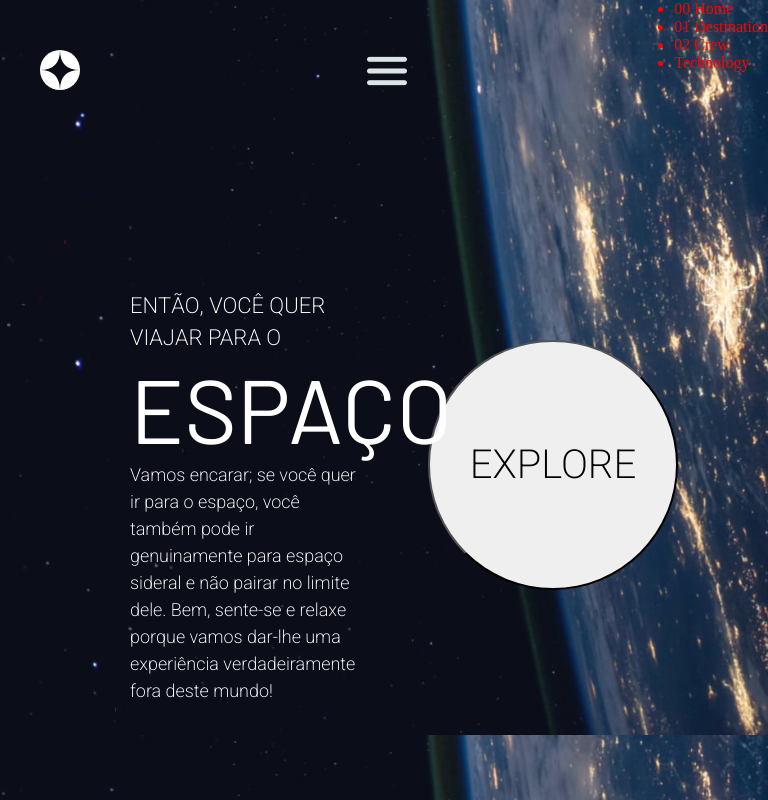
Repository: Leonngc/space-site
Page: space-tourism-website-main/space-tourism-website-main/starter-code/index.html
The author's editor kept a copy of each file at every save. The page is drawn from the files as they stood at one save, then again after the next save.
The browser window is 768 px wide. The pictures show the whole page.
Some web libraries are served in a nearby version.

Above is the page before, as saved 2023-04-29 16:12:05.

After the next save:
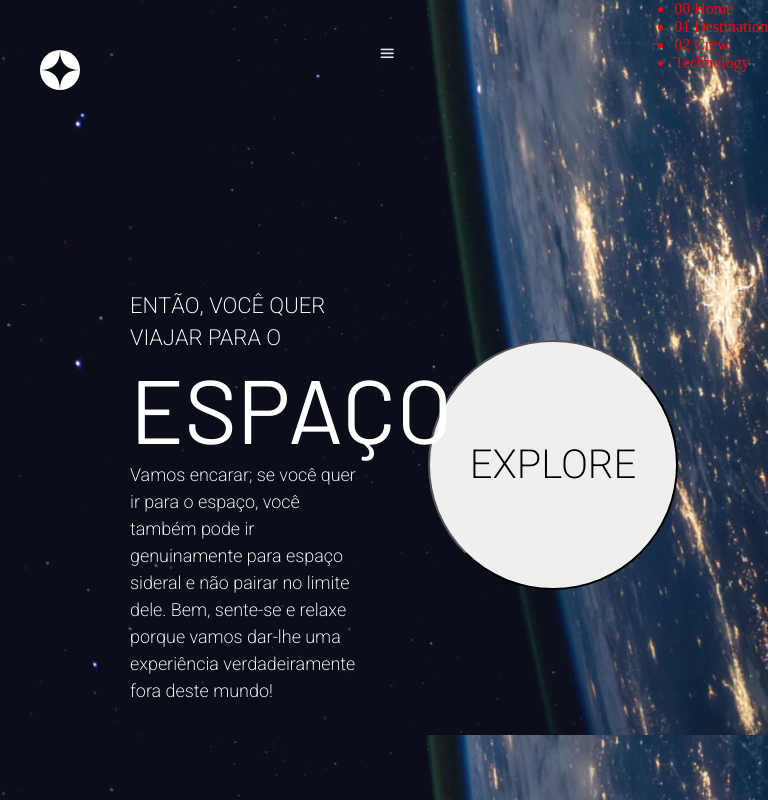
Saved 52 s later.
--- a/space-tourism-website-main/space-tourism-website-main/starter-code/styles/menu.css
+++ b/space-tourism-website-main/space-tourism-website-main/starter-code/styles/menu.css
@@ -73,10 +73,6 @@ header{
     }
 
     .burguer-button {
-
-        font-size: 40px;
-        margin-top: 40px;
-        padding: 5px;
         background-color: rgba(255, 255, 255, 0);
         color: #dbe5e6;
         border: none;
